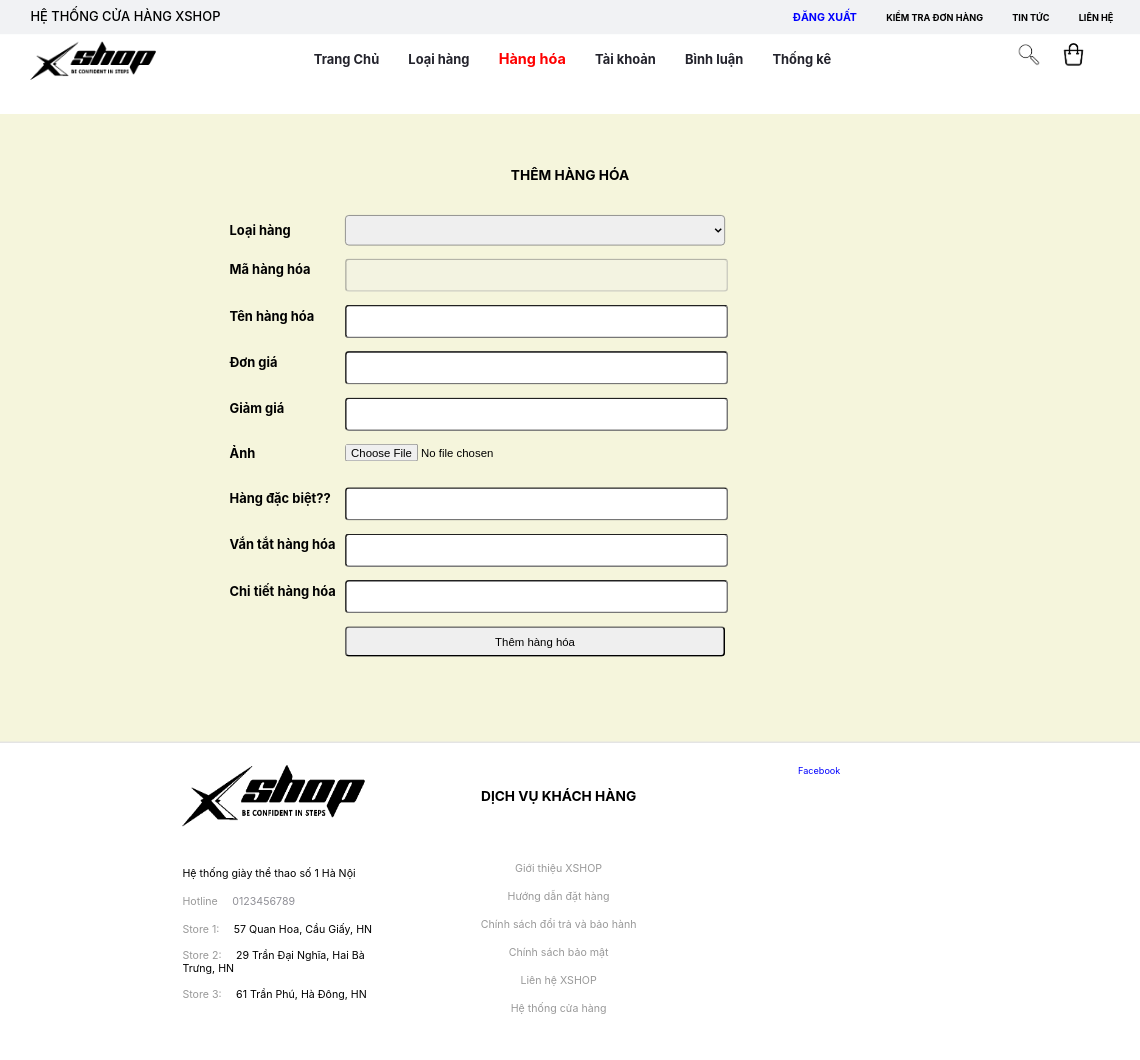
Repository: tienaq123/dam
Page: http://localhost/ass/ad/themsanpham.php
An editor plug-in stored every save of this project. The page is shown before and after the next save, followed by the edit.
The browser window is 1280 px wide. The page is 1500 px wide, so the pictures cover 1500 px, including what lies to the right of the window. The pictures show the whole page, at 76% of full size.
The page is run by PHP 8.4 with error messages shown; the project is at /var/www/html/. Queries for data that is not in the repository find no rows.

Above is the page before, as saved 2021-10-22 02:15:32.

After the next save:
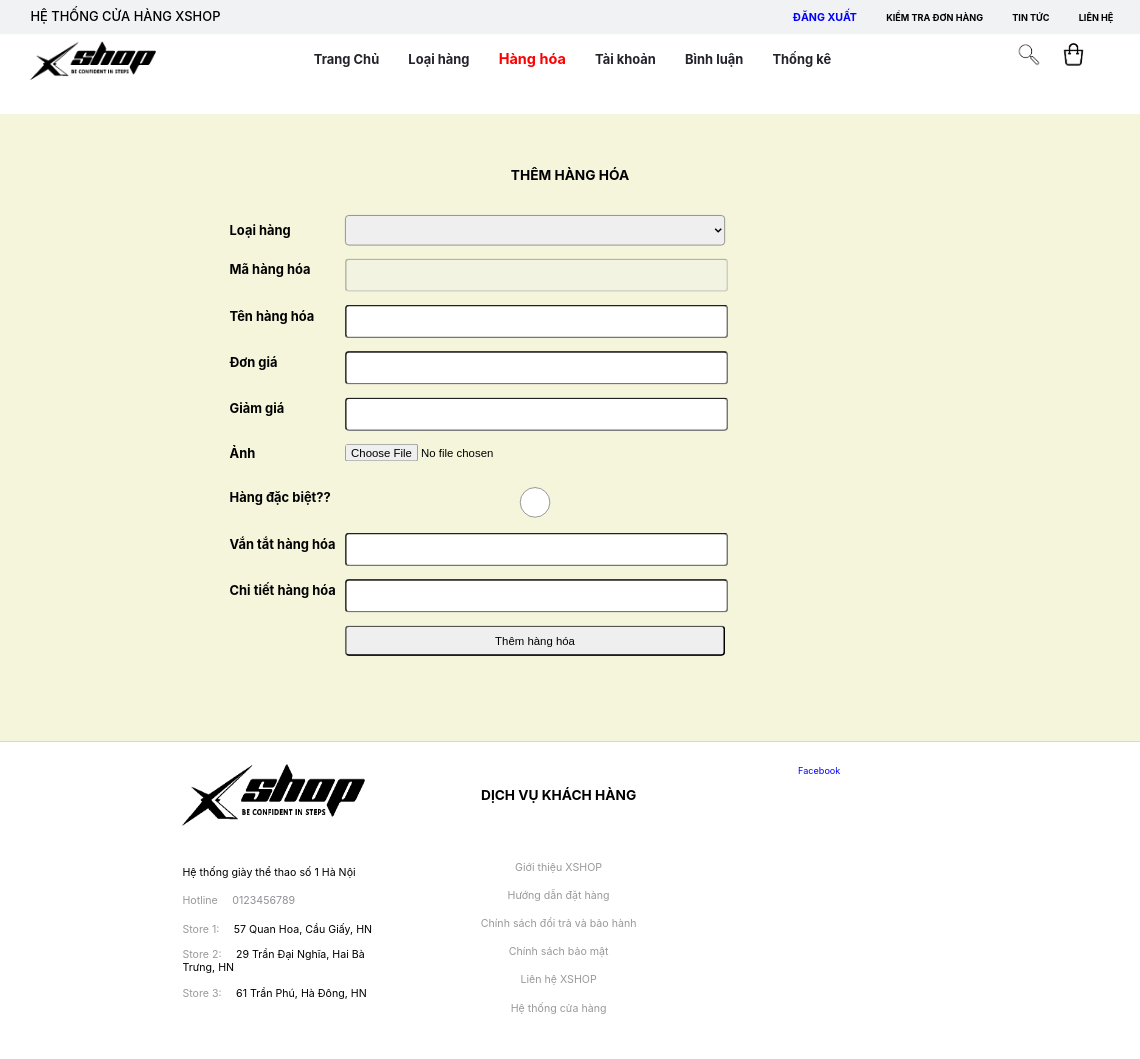
Saved 64 s later.
--- a/ad/themsanpham.php
+++ b/ad/themsanpham.php
@@ -96,7 +96,7 @@
 
                     <tr>
                         <td class="left">Hàng đặc biệt??</td>
-                        <td class="right"><input type="text" name="vantatsp"> <br></td>
+                        <td class="right"><input type="radio" name="dac_biet"> <br></td>
                     </tr>
 
                     <tr>
